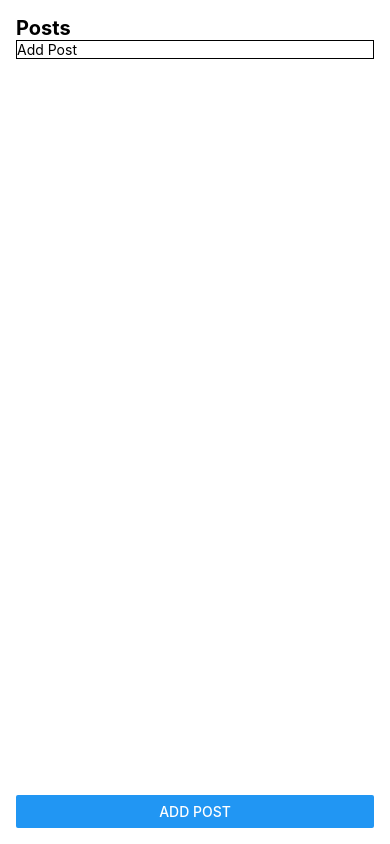
Repository: ntu34543/React-Native
Screen: / (app in demo/)
These files come from the project's save history. The screen is drawn as it stood at one moment and after the next save; the edit follows.
The page's requests for data from a server got no answer. The app was drawn by React Native's web renderer in a window 390 px wide. The project was rebuilt for these pictures with package versions that can differ from the ones it lists, and the page was loaded fresh each time. No one was signed in, and anything a server would have sent is missing.

Above is the screen before, as saved 2022-09-13 12:04:17.

After the next save:
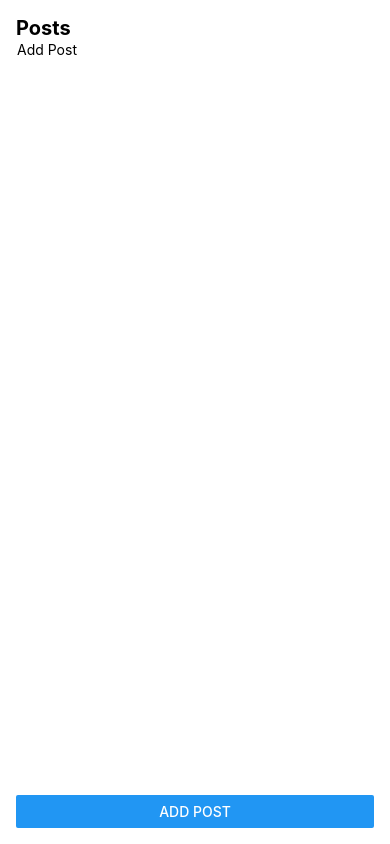
Saved 6 s later.
--- a/demo/App.js
+++ b/demo/App.js
@@ -115,7 +115,7 @@
   btn: {
     backgroundColor: "#fff",
     borderWidth: 1,
-
+    borderColor: "#fff",
   },
   showItem: {
     borderWidth: 1,

After the 3 saves that followed:
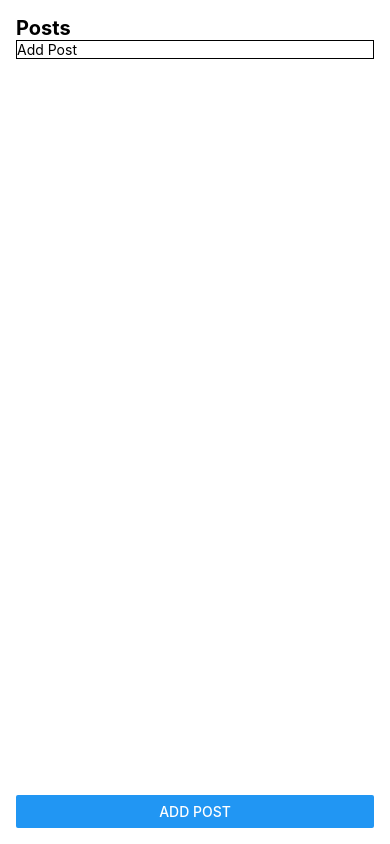
The 3 saves are shown as one change because they came seconds apart.
The last was saved 13 s later.
--- a/demo/App.js
+++ b/demo/App.js
@@ -115,7 +115,6 @@
   btn: {
     backgroundColor: "#fff",
     borderWidth: 1,
-    borderColor: "#fff",
   },
   showItem: {
     borderWidth: 1,
